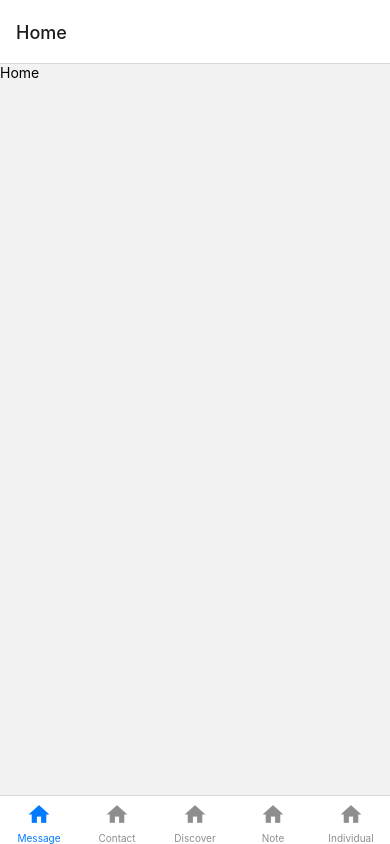
Repository: dinhtq-47/react-native
Screen: /
The author's editor kept a copy of each file at every save. The screen is drawn from the files as they stood at one save, then again after the next save.
The app was drawn by React Native's web renderer in a window 390 px wide. The project was rebuilt for these pictures with package versions that can differ from the ones it lists, and the page was loaded fresh each time. Also part of the build but not shown: screens/Contact.js, screens/Discover.js, screens/Note.js, screens/Individual.js.

Above is the screen before, as saved 2022-02-16 18:00:03.

### App.js
import "react-native-gesture-handler";
import { View } from "react-native";
import HomeTab from "./navigations/Home";
import { NavigationContainer } from "@react-navigation/native";
const App = () => {
  return (
    <NavigationContainer>
      <View style={{ flex: 1 }}>
        <HomeTab />
      </View>
    </NavigationContainer>
  );
};

export default App;

### navigations/Home.js
import { createBottomTabNavigator } from "@react-navigation/bottom-tabs";
import Home from "../screens/Home";
import Contact from "../screens/Contact";
import Discover from "../screens/Discover";
import Note from "../screens/Note";
import Individual from "../screens/Individual";
import Icon from "react-native-vector-icons/MaterialIcons";
const Tab = createBottomTabNavigator();

const HomeTab = () => {
  return (
    <Tab.Navigator>
      <Tab.Screen
        name="Home"
        component={Home}
        options={{
          tabBarLabel: "Message",
          tabBarIcon: ({ color, size }) => (
            <Icon name="home" color={color} size={size} />
          ),
        }}
      />
      <Tab.Screen
        name="Contact"
        component={Contact}
        options={{
          tabBarLabel: "Contact",
          tabBarIcon: ({ color, size }) => (
            <Icon name="home" color={color} size={size} />
          ),
        }}
      />
      <Tab.Screen
        name="Discover"
        component={Discover}
        options={{
          tabBarLabel: "Discover",
          tabBarIcon: ({ color, size }) => (
            <Icon name="home" color={color} size={size} />
          ),
        }}
      />
      <Tab.Screen
        name="Note"
        component={Note}
        options={{
          tabBarLabel: "Note",
          tabBarIcon: ({ color, size }) => (
            <Icon name="home" color={color} size={size} />
          ),
        }}
      />
      <Tab.Screen
        name="Individual"
        component={Individual}
        options={{
          tabBarLabel: "Individual",
          tabBarIcon: ({ color, size }) => (
            <Icon name="home" color={color} size={size} />
          ),
        }}
      />
    </Tab.Navigator>
  );
};

export default HomeTab;

### screens/Home.js
import { StyleSheet, View, StatusBar, Text, SafeAreaView } from "react-native";

const Home = () => {
  return (
    <SafeAreaView>
      <StatusBar barStyle="dark-content" />
      <View style={styles.container}>
        <Text>Home</Text>
      </View>
    </SafeAreaView>
  );
};

const styles = StyleSheet.create({
  container: {
    width: "100%",
    height: "100%",
  },
});

export default Home;

After the next save:
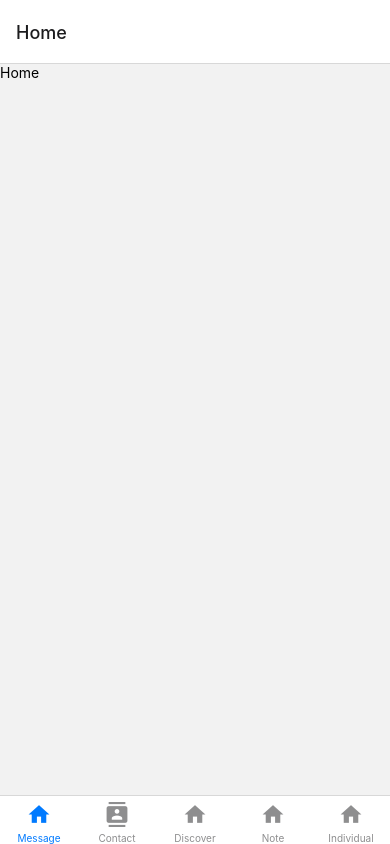
Saved 10 s later.
--- a/navigations/Home.js
+++ b/navigations/Home.js
@@ -26,7 +26,7 @@ const HomeTab = () => {
         options={{
           tabBarLabel: "Contact",
           tabBarIcon: ({ color, size }) => (
-            <Icon name="home" color={color} size={size} />
+            <Icon name="contacts" color={color} size={size} />
           ),
         }}
       />
